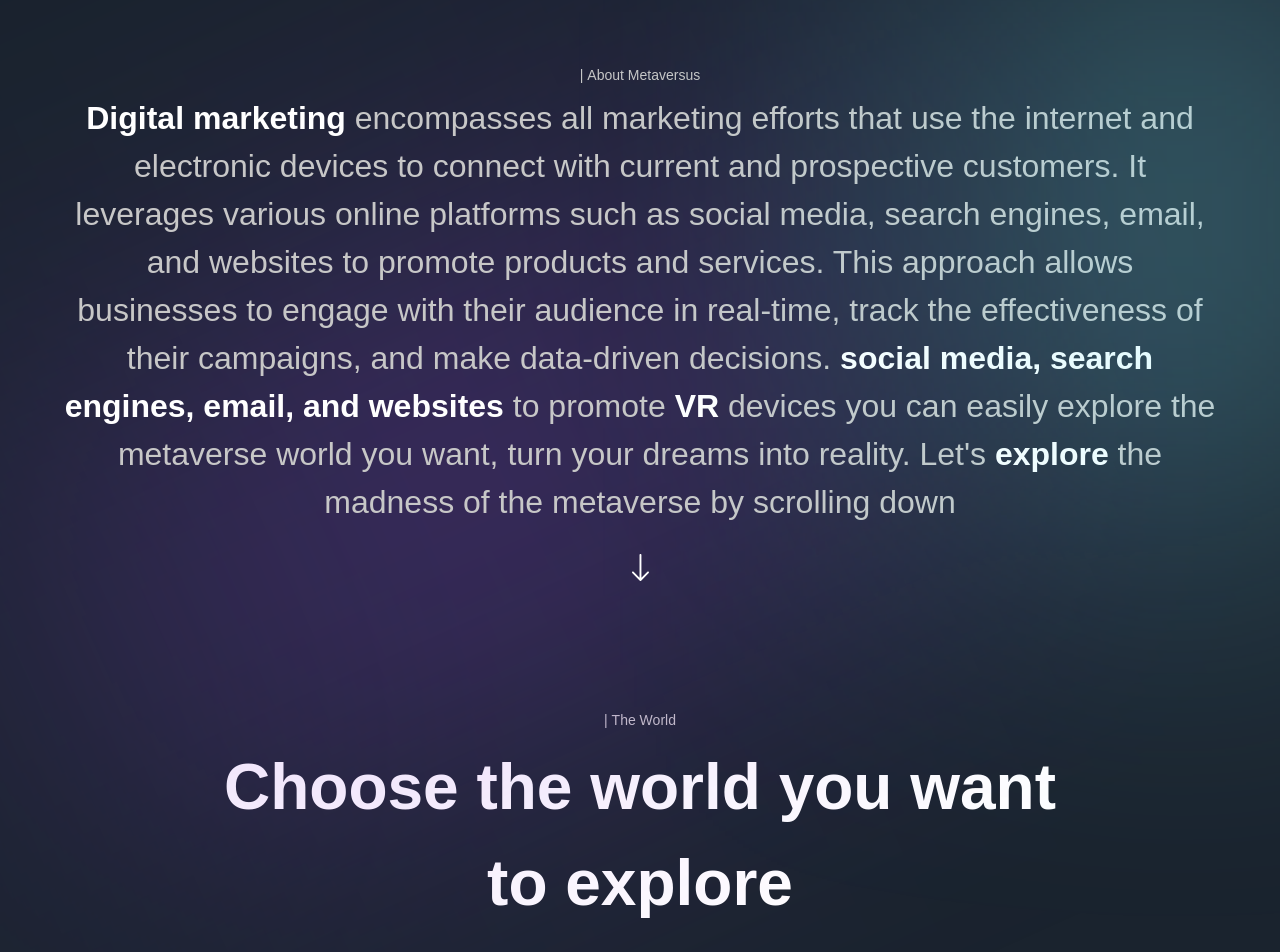
Repository: Shanuga123/metaversus
Page: /
The author's editor kept a copy of each file at every save. The page is drawn from the files as they stood at one save, then again after the next save.
The browser window is 1280 px wide. The pictures show the part of the page from y = 1103 to 2055 px (the page is 7446 px tall before and 7350 px after).
Pictures or frames that could not be fetched are drawn as grey boxes. Some web fonts or font styles are not loaded; a fallback is used. The project was rebuilt for these pictures with package versions that can differ from the ones it lists, and the page was loaded fresh each time. The framework's server and built-in components were replaced by stand-ins that run in the browser. Also part of the build but not shown: next.config.js.

Above is the page before, as saved 2024-08-05 21:37:04.

After the next save:
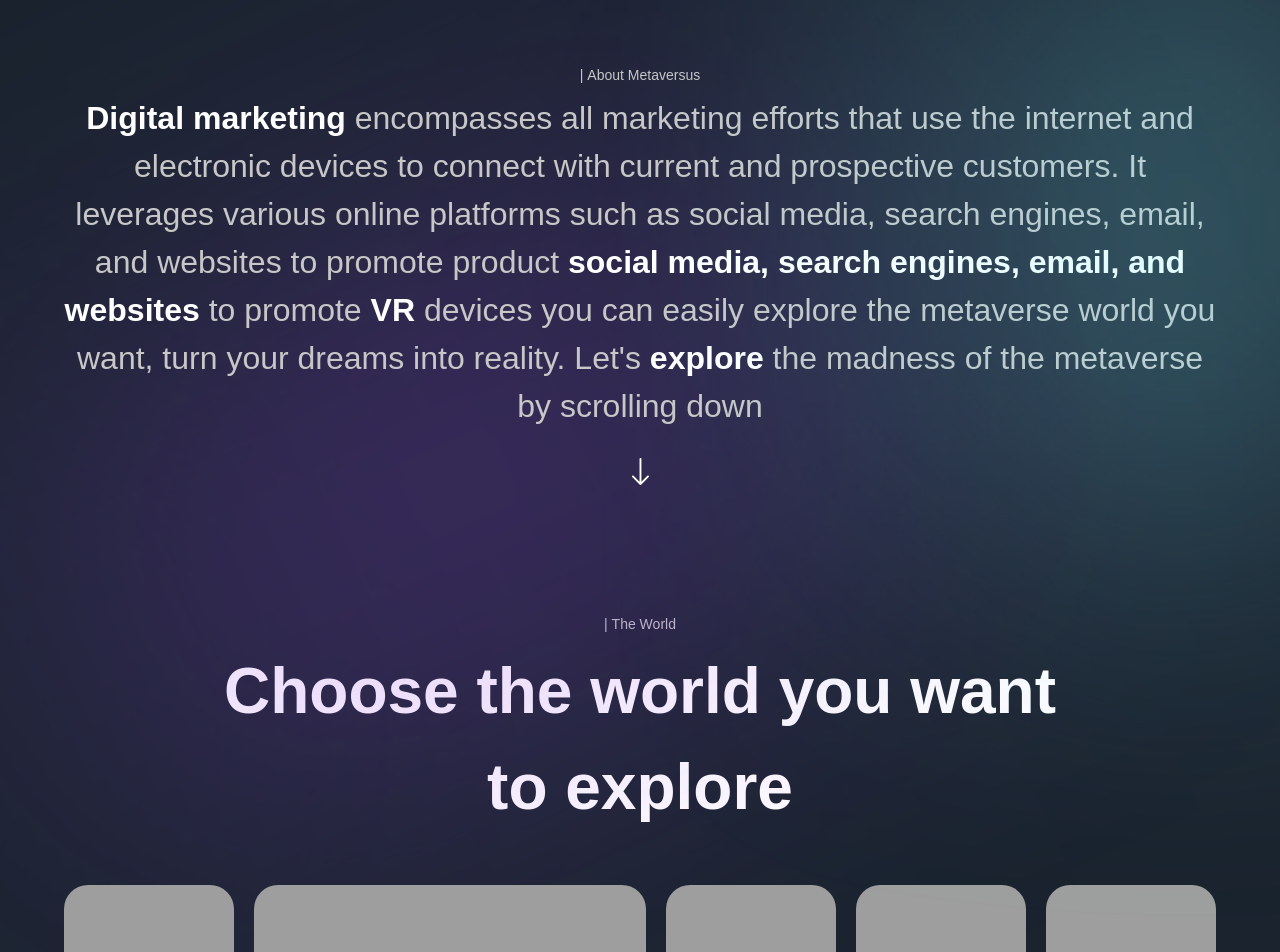
Saved 92 s later.
--- a/sections/About.jsx
+++ b/sections/About.jsx
@@ -22,7 +22,7 @@ const About = () => (
         variants={fadeIn('up', 'tween', 0.2, 1)}
         className="mt-[8px] font-normal sm:text-[32px] text-[20px] text-center text-secondary-white"
       >
-        <span className="font-extrabold text-white">Digital marketing </span> encompasses all marketing efforts that use the internet and electronic devices to connect with current and prospective customers. It leverages various online platforms such as social media, search engines, email, and websites to promote products and services. This approach allows businesses to engage with their audience in real-time, track the effectiveness of their campaigns, and make data-driven decisions. {' '}
+        <span className="font-extrabold text-white">Digital marketing </span> encompasses all marketing efforts that use the internet and electronic devices to connect with current and prospective customers. It leverages various online platforms such as social media, search engines, email, and websites to promote product {' '}
         <span className="font-extrabold text-white">
         social media, search engines, email, and websites
         </span>{' '}
